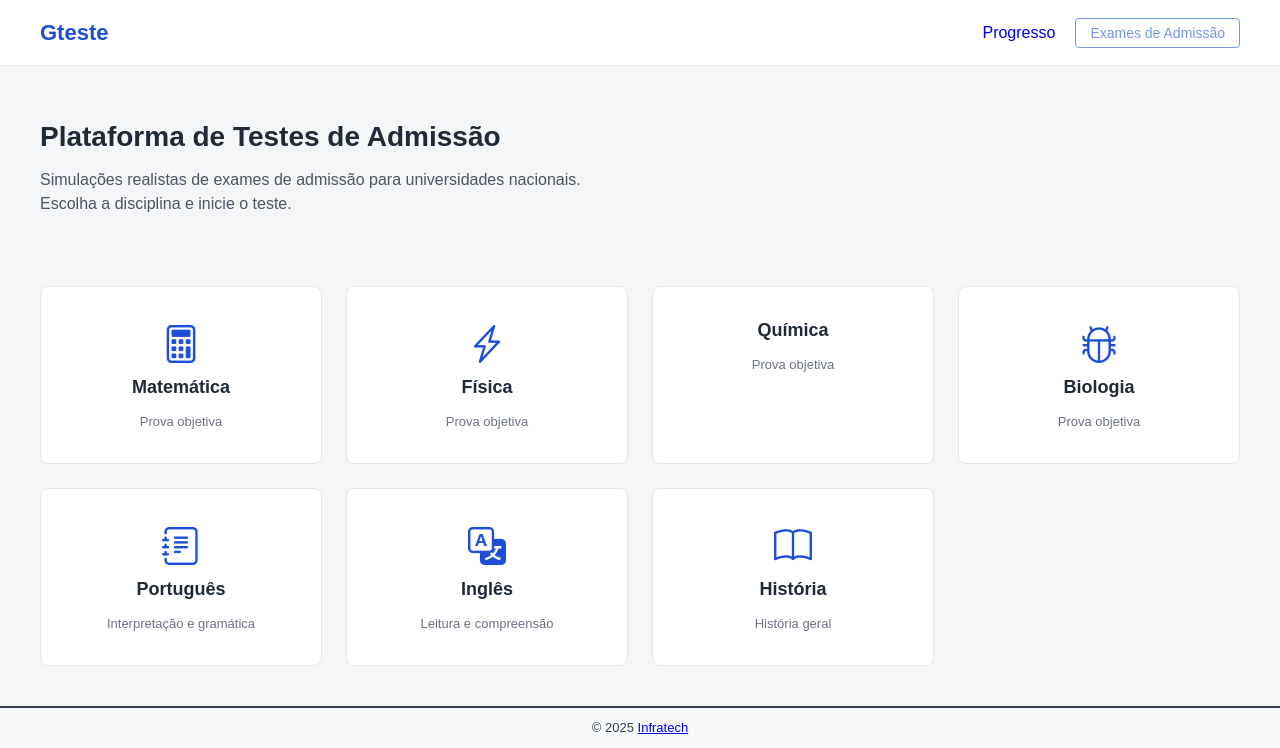
Repository: juvencio009/infratech-web
Page: index.html
An editor plug-in stored every save of this project. The page is shown before and after the next save, followed by the edit.
The browser window is 1280 px wide. The pictures show the whole page.

Above is the page before, as saved 2025-12-18 14:29:03.

After the next save:
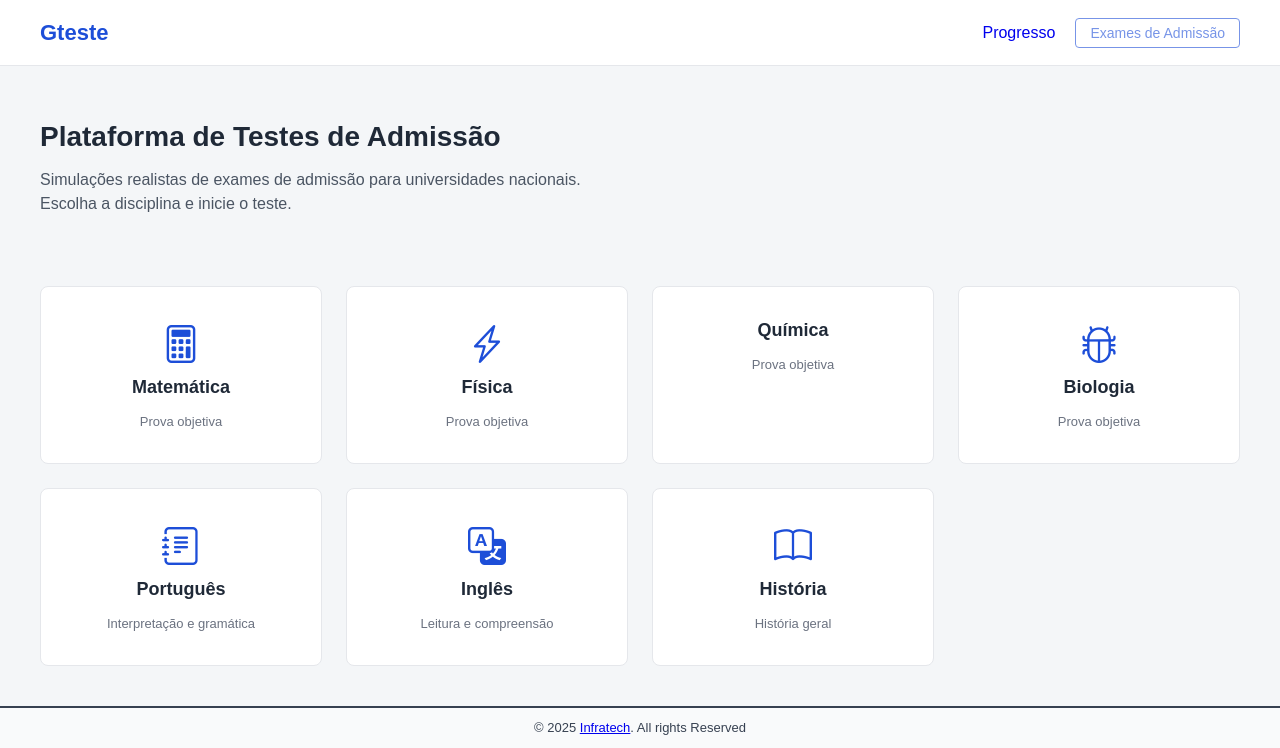
Saved 11 s later.
--- a/index.html
+++ b/index.html
@@ -81,7 +81,7 @@
   </section>
 
   <footer>
-    © <span id="year" on></span> <a href="http://infratech-cursos.netlify.app" target="_blank" rel="noopener noreferrer">Infratech</a>
+    © <span id="year" on></span> <a href="http://infratech-cursos.netlify.app" target="_blank" rel="noopener noreferrer">Infratech</a>. All rights Reserved
   </footer>
 
   <script>
